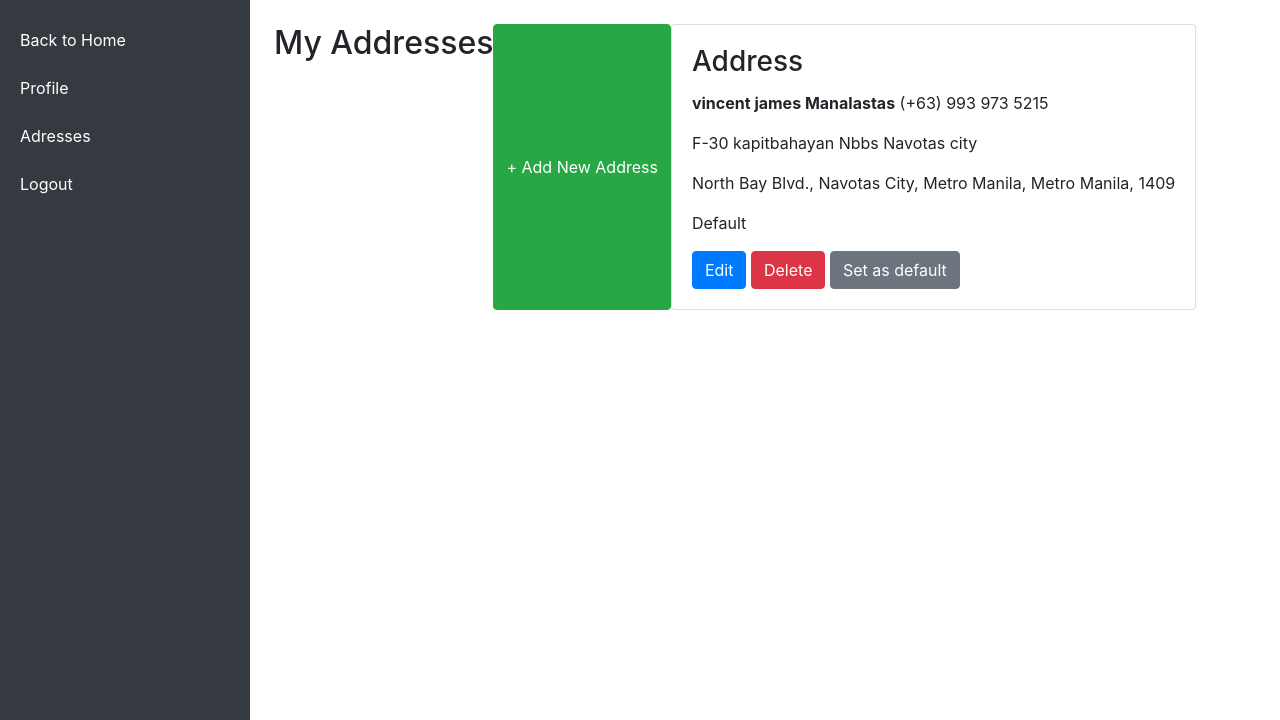
Repository: Darkrepo23/Ecommerce-Manalastas-project
Page: adress.html
The author's editor kept a copy of each file at every save. The page is drawn from the files as they stood at one save, then again after the next save.
The browser window is 1280 px wide. The pictures show the whole page.
Some web libraries are served in a nearby version.

Above is the page before, as saved 2026-01-06 07:15:50.

After the next save:
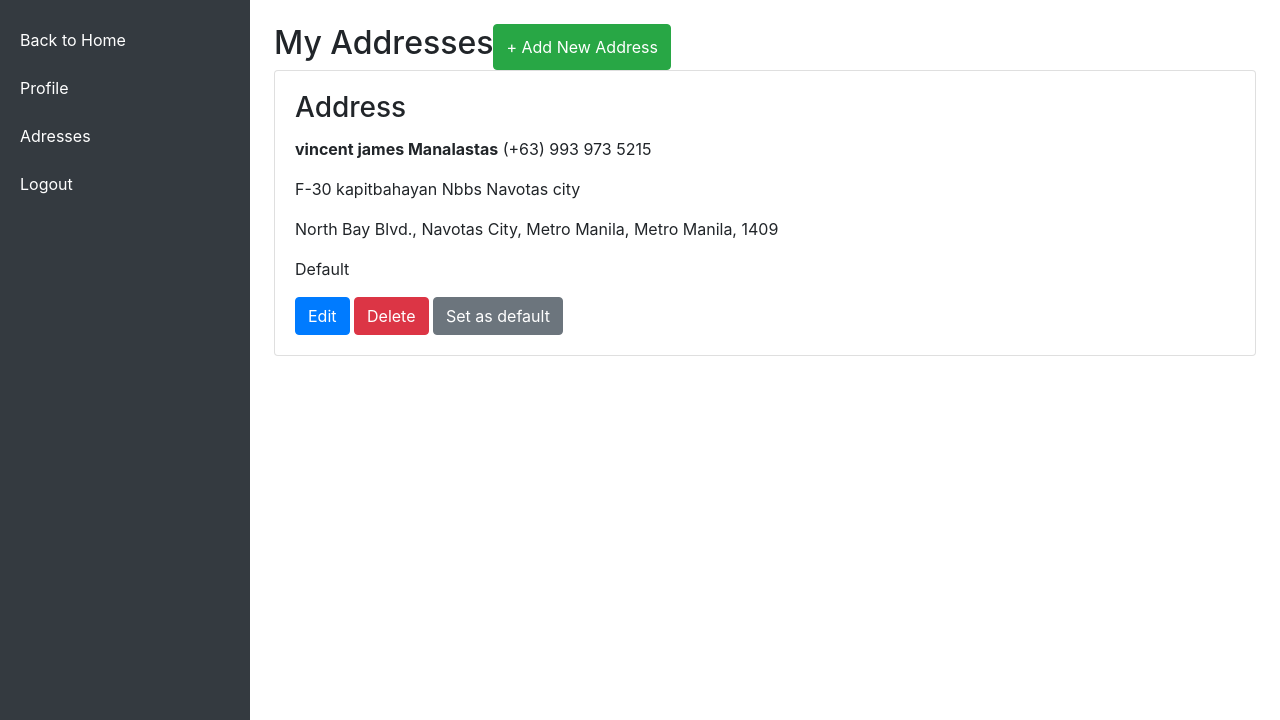
Saved 11 s later.
--- a/adress.html
+++ b/adress.html
@@ -78,9 +78,10 @@
     <!-- MAIN CONTENT -->
     <div class="content p-4">
         <div>
-            <div class="d-flex">
+            <div class="d-flex m">
             <h2>My Addresses</h2>
             <button class="btn btn-success">+ Add New Address</button>
+            </div>
             <div class="card">
                 <div class="card-body">
                     <h3 class="card-title">Address</h3>
